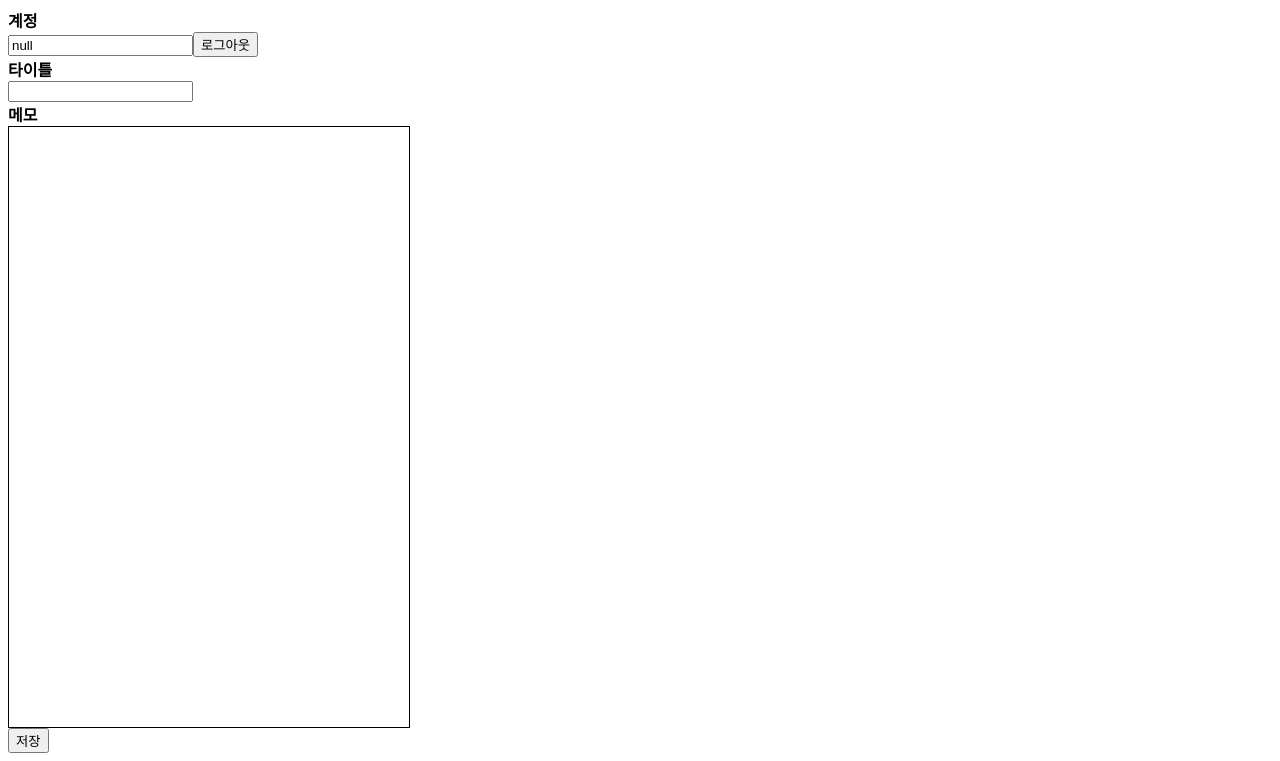
Repository: Rysdne/01_Java
Page: http://localhost/WildcatTest/io/create.jsp
These files come from the project's save history. The page is drawn as it stood at one moment and after the next save; the edit follows.
The browser window is 1280 px wide. The pictures show the whole page.
The page is served by Tomcat 9.

Above is the page before, as saved 2022-07-15 00:04:46.

### WildcatTest/src/main/webapp/io/create.jsp
<%@ page language="java" contentType="text/html; charset=UTF-8"
	pageEncoding="UTF-8"%>
<%
request.setCharacterEncoding("utf-8");
%>
<!DOCTYPE html>
<html>
<head>
<meta charset="UTF-8">
<title>Insert title here</title>
<script src="/WildcatTest/jquery-3.6.0.min.js"></script>
<script>
$(document).ready(function () {
	// 이 부분을 $('div').click(function(){}) 같은 형식으로 사용할 수도 있음
    $('#save').click(function () {
    	var id=$('#id').val();
    	var title=$('#title').val();
    	var input=$('#input').val();
    	if(id==""){
    		alert('계정 정보를 입력해주세요');
    		return;
    	}
    	if(title==""){
    		alert('타이틀을 입력해주세요');
    		return;
    	}
        $('#memo').val($('#input').html());
        $('#form').submit();
    });

});
</script>
</head>
<body>
	<form id="form" action="/WildcatTest/io/createProc.jsp" method="post">

		<span style="font-weight: bold">계정</span><br>
		<input readonly type="text" id="id" name="id" value="<%=session.getAttribute("id")%>"><button onclick='location.href="/WildcatTest/login/logout.jsp"'>로그아웃</button><br>

		<span style="font-weight: bold">타이틀</span><br>
		<input type="text" id="title" name="title"><br>

		<span style="font-weight: bold">메모</span><br>
		<div contentEditable="true" id="input" style="width: 400px; height: 600px; border: 1px solid black; overflow: auto;"></div>
		<input type="hidden" id="memo" name="memo">
		<input type="button" id="save" name="save" value="저장">
	</form>
</body>
</html>

Loaded but not shown: WildcatTest/src/main/webapp/jquery-3.6.0.min.js (library)

After the next save:
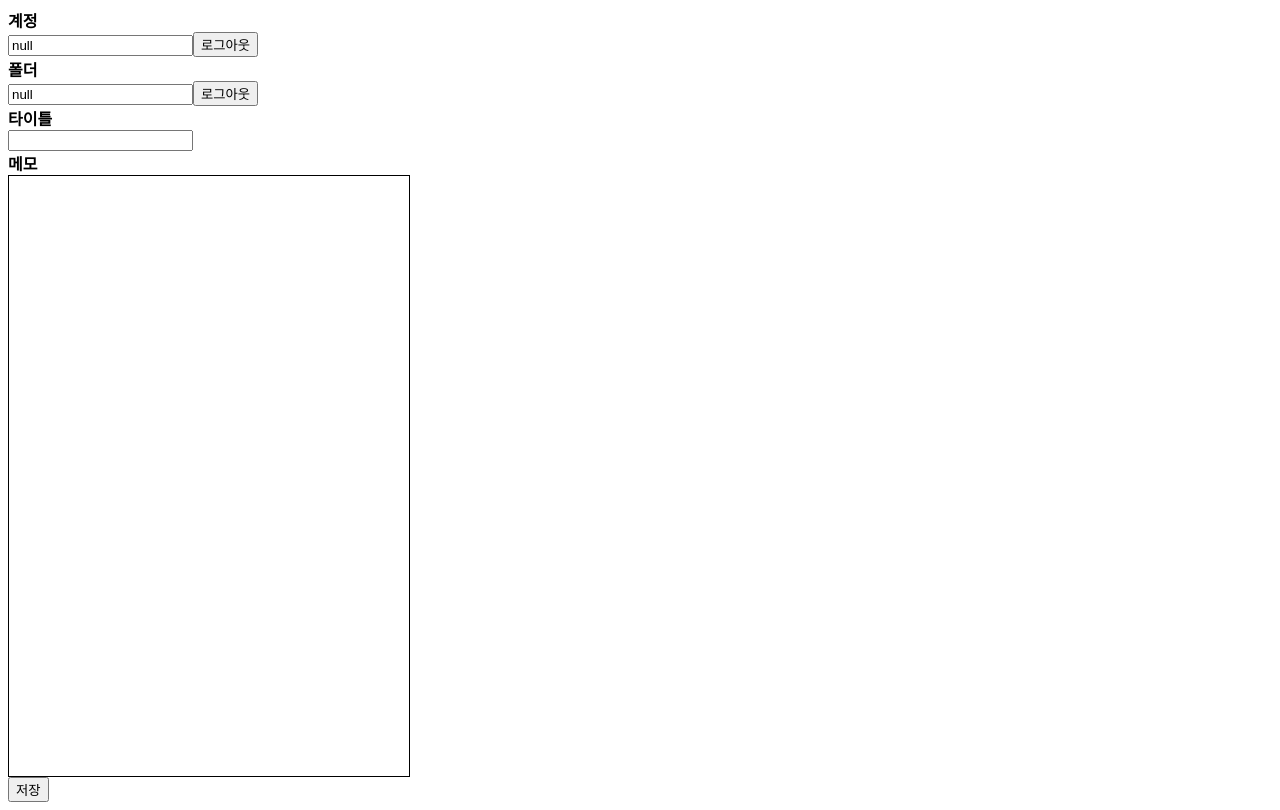
Saved 28 s later.
--- a/WildcatTest/src/main/webapp/io/create.jsp
+++ b/WildcatTest/src/main/webapp/io/create.jsp
@@ -37,6 +37,9 @@ $(document).ready(function () {
 		<span style="font-weight: bold">계정</span><br>
 		<input readonly type="text" id="id" name="id" value="<%=session.getAttribute("id")%>"><button onclick='location.href="/WildcatTest/login/logout.jsp"'>로그아웃</button><br>
 
+		<span style="font-weight: bold">폴더</span><br>
+		<input readonly type="text" id="folder" name="folder" value="<%=session.getAttribute("id")%>"><button onclick='location.href="/WildcatTest/login/logout.jsp"'>로그아웃</button><br>
+
 		<span style="font-weight: bold">타이틀</span><br>
 		<input type="text" id="title" name="title"><br>
 
